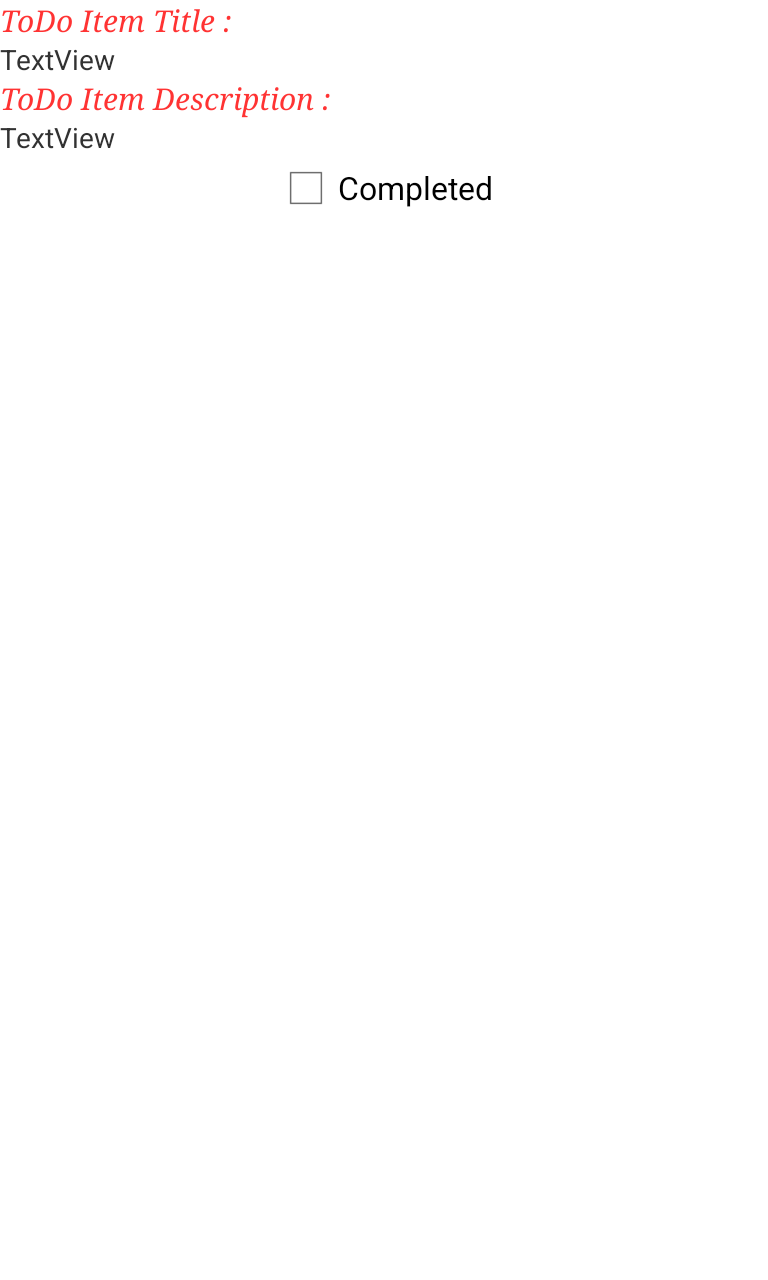
Repository: bvrit-vineeth/android-projects
Layout: TODOListApp/res/layout/activity_todo_list_description.xml
The author's editor kept a copy of each file at every save. The layout is drawn from the files as they stood at one save, then again after the next save.
It is drawn on a 768 x 1280 px phone screen (xhdpi) without system bars, with theme AppTheme; the app's code is not run.

Above is the layout before, as saved 2013-08-24 15:14:57.

### TODOListApp/res/layout/activity_todo_list_description.xml
<?xml version="1.0" encoding="utf-8"?>
<LinearLayout
	android:id="@+id/widget32"
	android:layout_width="fill_parent"
	android:layout_height="fill_parent"
	android:orientation="vertical"
	xmlns:android="http://schemas.android.com/apk/res/android">
<TextView
	android:id="@+id/title"
	android:layout_width="fill_parent"
	android:layout_height="wrap_content"
	android:text="ToDo Item Title :"
	android:textSize="15sp"
	android:typeface="serif"
	android:textStyle="italic"
	android:textColor="#ffff3333" />
<TextView
	android:id="@+id/title_text"
	android:layout_width="fill_parent"
	android:layout_height="wrap_content"
	android:text="TextView" />
<TextView
	android:id="@+id/description"
	android:layout_width="fill_parent"
	android:layout_height="wrap_content"
	android:text="ToDo Item Description :"
	android:textSize="15sp"
	android:typeface="serif"
	android:textStyle="italic"
	android:textColor="#ffff3333" />
<TextView
	android:id="@+id/description_text"
	android:layout_width="fill_parent"
	android:layout_height="wrap_content"
	android:text="TextView" />
<CheckBox
	android:id="@+id/widget42"
	android:layout_width="wrap_content"
	android:layout_height="wrap_content"
	android:text="Completed"
	android:layout_gravity="center_horizontal"
	android:onClick="checkBoxClick" />
</LinearLayout>

Loaded but not shown: TODOListApp/res/values/styles.xml (common file); TODOListApp/res/values-v11/styles.xml (common file); TODOListApp/res/values-v14/styles.xml (common file)

After the next save:
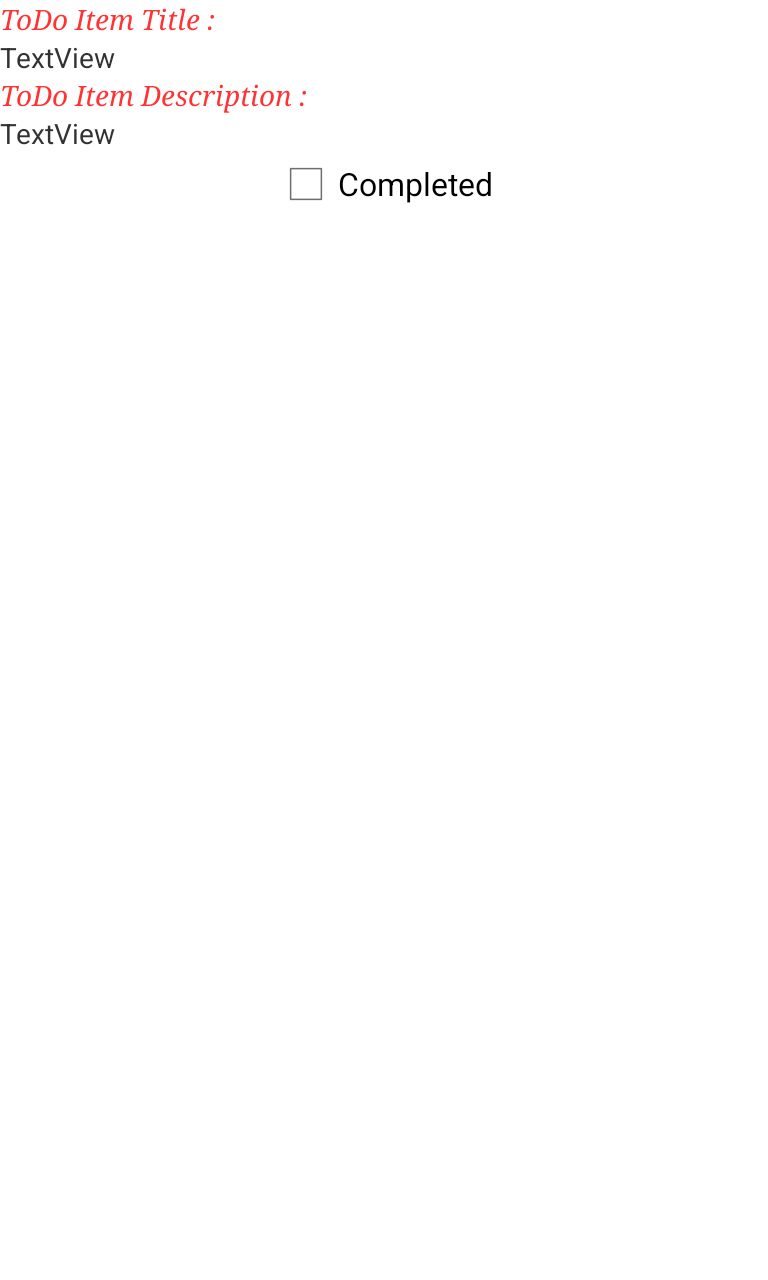
Saved 62 s later.
--- a/TODOListApp/res/layout/activity_todo_list_description.xml
+++ b/TODOListApp/res/layout/activity_todo_list_description.xml
@@ -10,7 +10,6 @@
 	android:layout_width="fill_parent"
 	android:layout_height="wrap_content"
 	android:text="ToDo Item Title :"
-	android:textSize="15sp"
 	android:typeface="serif"
 	android:textStyle="italic"
 	android:textColor="#ffff3333" />
@@ -24,7 +23,6 @@
 	android:layout_width="fill_parent"
 	android:layout_height="wrap_content"
 	android:text="ToDo Item Description :"
-	android:textSize="15sp"
 	android:typeface="serif"
 	android:textStyle="italic"
 	android:textColor="#ffff3333" />
